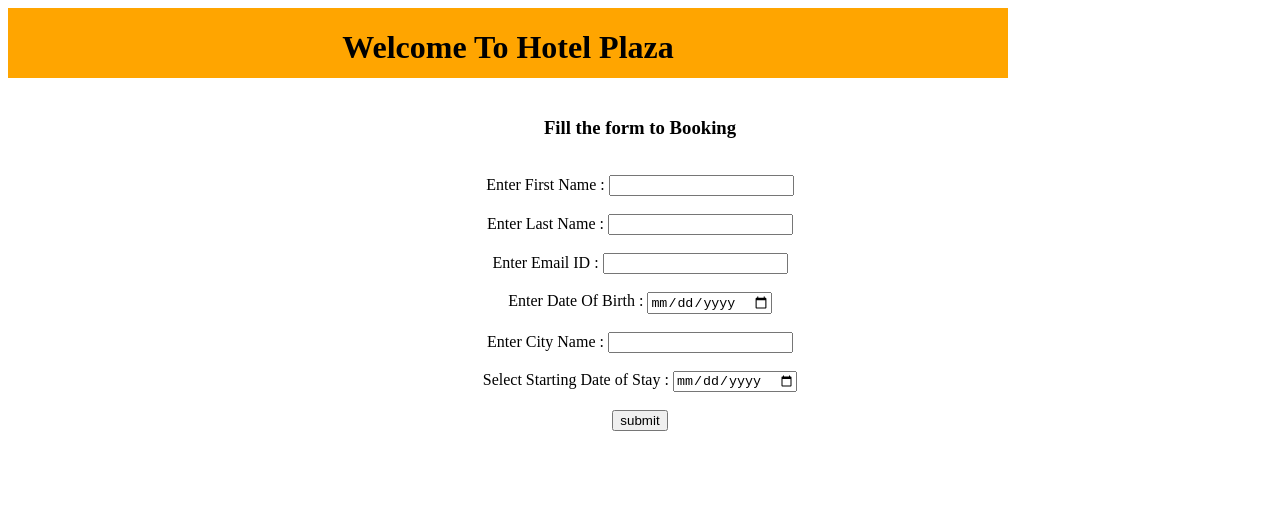
Repository: PoojaJadhav234/demo
Page: http://localhost/demo/WEB-INF/jsp/index.jsp
An editor plug-in stored every save of this project. The page is shown before and after the next save, followed by the edit.
The browser window is 1280 px wide. The pictures show the whole page.
The page is served by Tomcat 9. Nobody is signed in. The template is opened directly, without the code that normally fills it, so the values that code supplies are empty.

Above is the page before, as saved 2021-02-03 13:03:11.

After the next save:
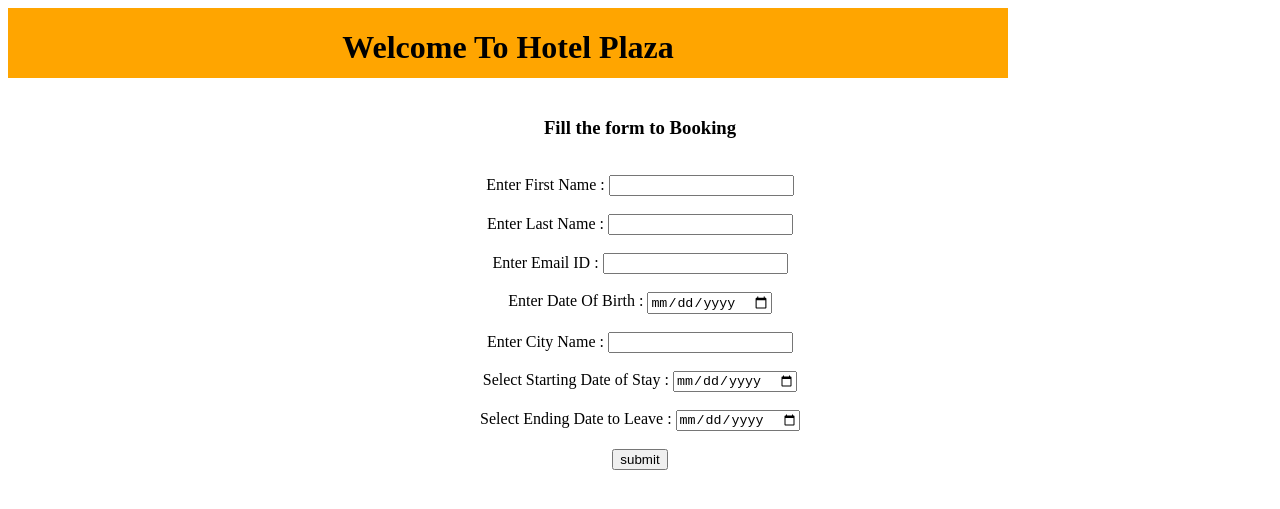
Saved 2 min 37 s later.
--- a/demo/src/main/webapp/WEB-INF/jsp/index.jsp
+++ b/demo/src/main/webapp/WEB-INF/jsp/index.jsp
@@ -39,7 +39,9 @@
 				<input type="date" name="start_date">
 				<br><br>
 
-
+				<label>Select Ending Date to Leave : </label>
+				<input type="date" name="end_date">
+				<br><br>
 
 				<input type="submit" name="Submit" value="submit">
 			</form>
